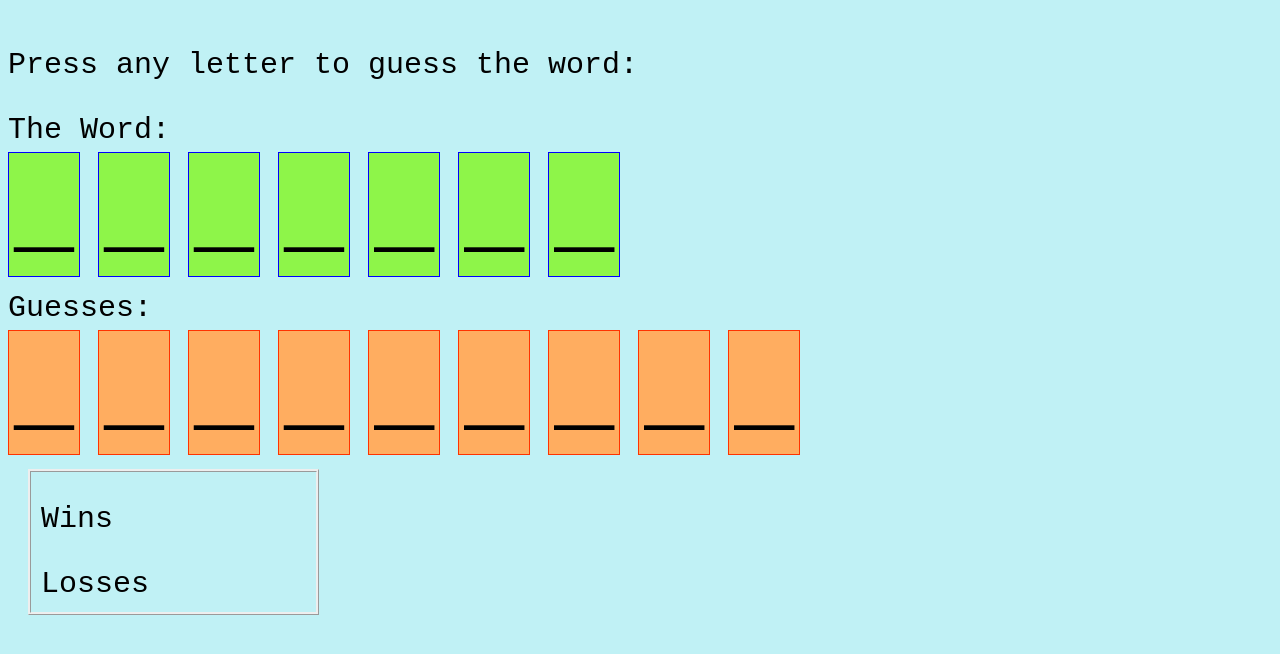
Repository: dsaftler/JavaScript
Page: index.html
The author's editor kept a copy of each file at every save. The page is drawn from the files as they stood at one save, then again after the next save.
The browser window is 1280 px wide. The pictures show the whole page.

Above is the page before, as saved 2019-03-30 23:17:39.

After the next save:
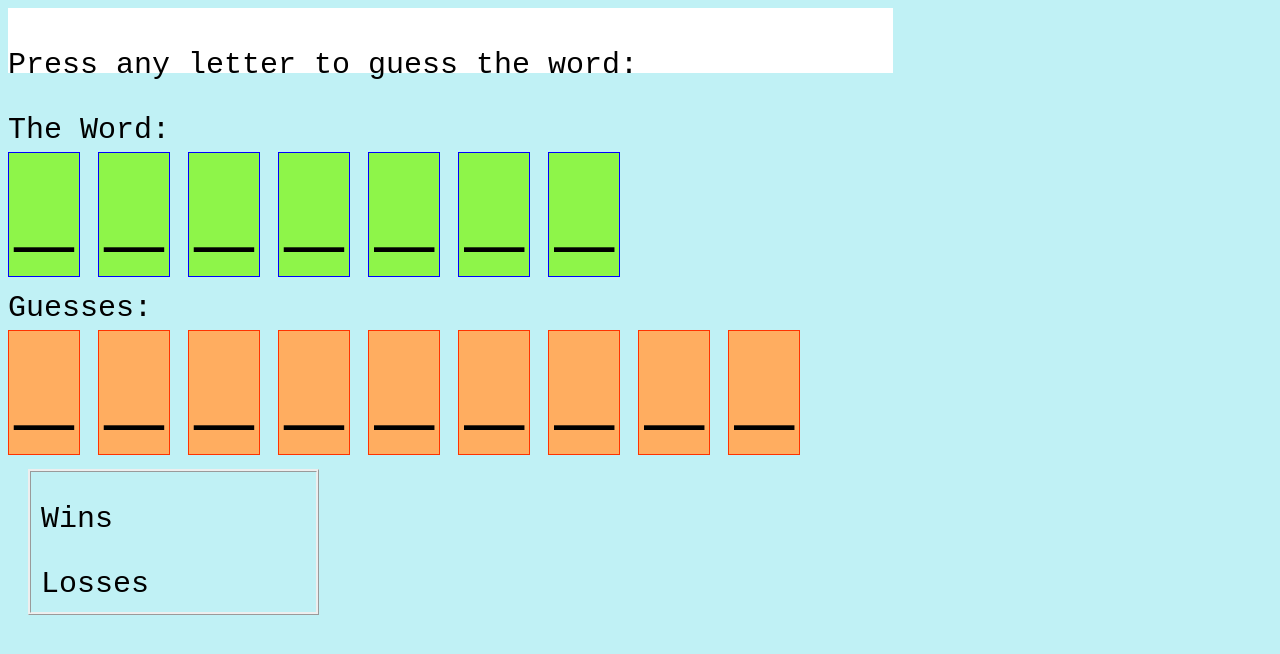
Saved 43 s later.
--- a/assets/css/style.css
+++ b/assets/css/style.css
@@ -5,7 +5,8 @@ body {font-family: 'Ubuntu+Mono',monospace, sans-serif;
 }
 .container {width:70%;
   max-width: 960px;
- background-image: "url('assets/images/Hangman.png')";
+ /* background-image: "url('assets/images/Hangman.png')";  */
+ background-color: white;
  }
  .showtext {height:35px;
   padding: 20px 0 10px;
